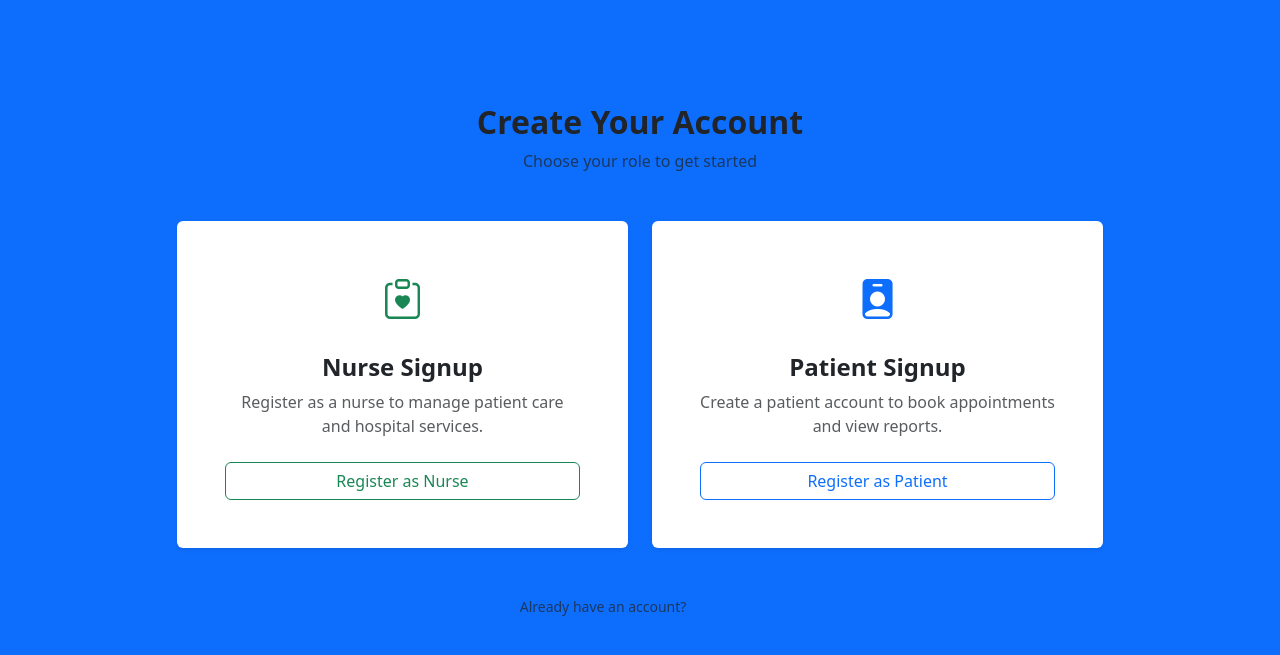
Repository: Rajasekaran0415/LifeCare-Management-System
Page: Project/signup.html
An editor plug-in stored every save of this project. The page is shown before and after the next save, followed by the edit.
The browser window is 1280 px wide. The pictures show the whole page.

Above is the page before, as saved 2025-12-26 21:39:49.

### Project/signup.html
<!DOCTYPE html>
<html lang="en">
<head>
  <meta charset="UTF-8">
  <title>Signup Selection</title>

  <!-- Bootstrap CSS -->
  <link href="https://cdn.jsdelivr.net/npm/bootstrap@5.3.3/dist/css/bootstrap.min.css" rel="stylesheet">

  <!-- Bootstrap Icons -->
  <link href="https://cdn.jsdelivr.net/npm/bootstrap-icons/font/bootstrap-icons.css" rel="stylesheet">
</head>

<body class="bg-primary d-flex align-items-center" style="min-height:100vh;">

  <div class="container">

    <!-- Header -->
    <div class="text-center mb-5">
      <h2 class="fw-bold text-dark">Create Your Account</h2>
      <p class="text-muted">Choose your role to get started</p>
    </div>

    <!-- Signup Cards -->
    <div class="row justify-content-center g-4">

      <!-- Nurse Signup -->
      <div class="col-md-5">
        <div class="card border-0 shadow-sm h-100">
          <div class="card-body text-center p-5">

            <div class="mb-4 text-success">
              <i class="bi bi-clipboard-heart fs-1"></i>
            </div>

            <h4 class="fw-bold">Nurse Signup</h4>
            <p class="text-muted mb-4">
              Register as a nurse to manage patient care and hospital services.
            </p>

            <a href="nursesignup.html" class="btn btn-outline-success w-100">
              Register as Nurse
            </a>

          </div>
        </div>
      </div>

      <!-- Patient Signup -->
      <div class="col-md-5">
        <div class="card border-0 shadow-sm h-100">
          <div class="card-body text-center p-5">

            <div class="mb-4 text-primary">
              <i class="bi bi-person-badge-fill fs-1"></i>
            </div>

            <h4 class="fw-bold">Patient Signup</h4>
            <p class="text-muted mb-4">
              Create a patient account to book appointments and view reports.
            </p>

            <a href="patientsignup.html" class="btn btn-outline-primary w-100">
              Register as Patient
            </a>

          </div>
        </div>
      </div>

    </div>

    <div class="text-center mt-5 text-muted small">
      Already have an account?
      <a href="login.html" class="text-decoration-light">Login here</a>
    </div>

  </div>

</body>
</html>

After the next save:
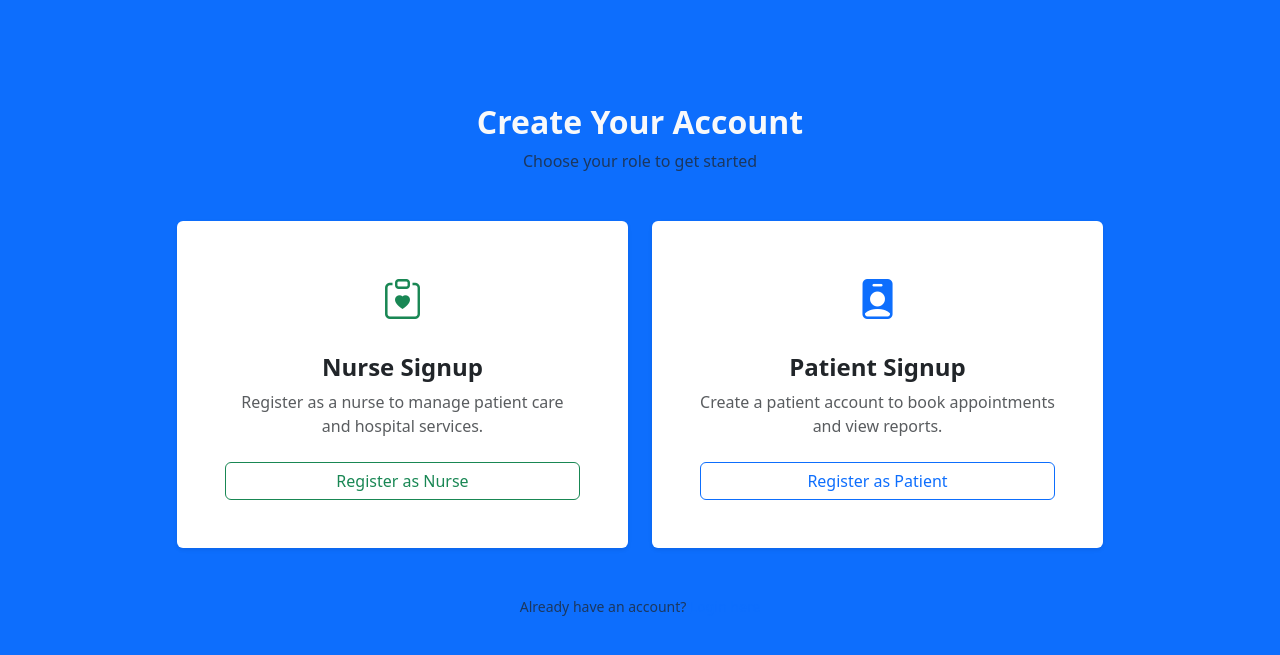
Saved 25 s later.
--- a/Project/signup.html
+++ b/Project/signup.html
@@ -17,7 +17,7 @@
 
     <!-- Header -->
     <div class="text-center mb-5">
-      <h2 class="fw-bold text-dark">Create Your Account</h2>
+      <h2 class="fw-bold text-light">Create Your Account</h2>
       <p class="text-muted">Choose your role to get started</p>
     </div>
 
